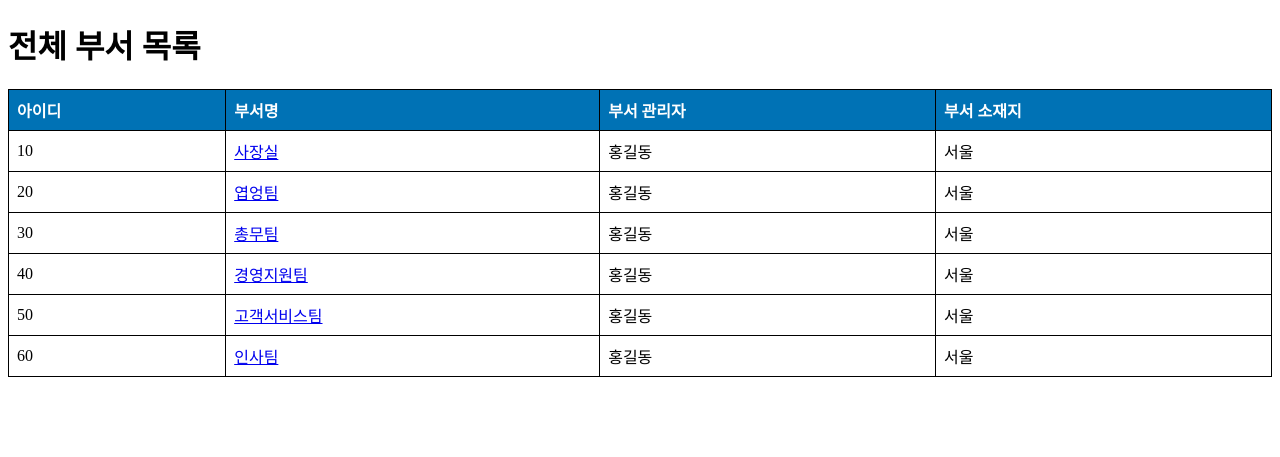
Repository: benpark0613/basic
Page: http://localhost/sample/hr/dept/list.jsp
An editor plug-in stored every save of this project. The page is shown before and after the next save, followed by the edit.
The browser window is 1280 px wide. The pictures show the whole page.
The page is served by Tomcat 9.

Above is the page before, as saved 2021-11-10 03:41:59.

After the next save:
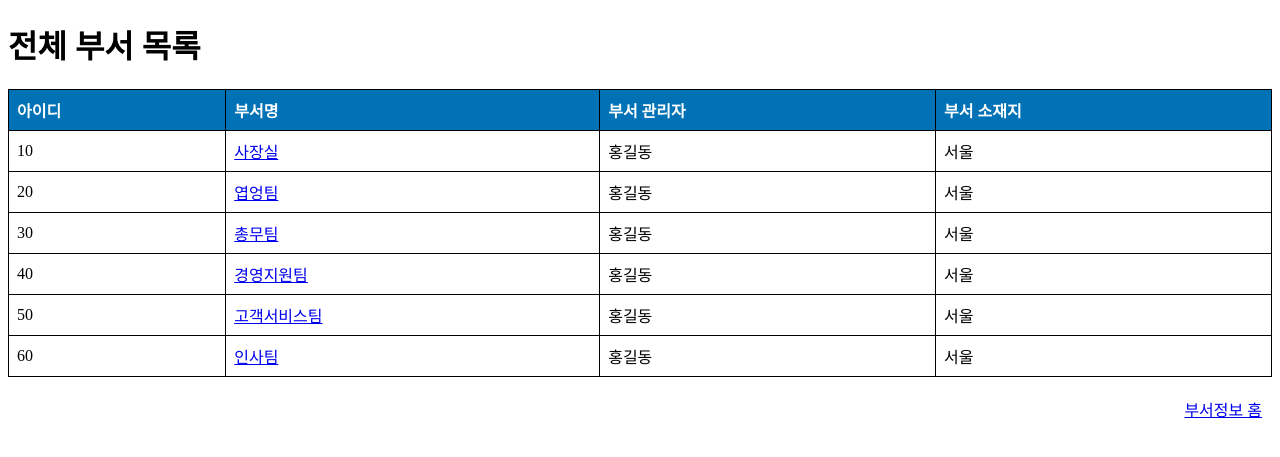
Saved 79 s later.
--- a/HR_app/sample/src/main/webapp/hr/dept/list.jsp
+++ b/HR_app/sample/src/main/webapp/hr/dept/list.jsp
@@ -64,5 +64,9 @@
 			</tr>
 		</tbody>
 	</table>
+
+	<div class="text-right">
+		<a href="main.jsp">부서정보 홈</a>
+	</div>
 </body>
 </html>
